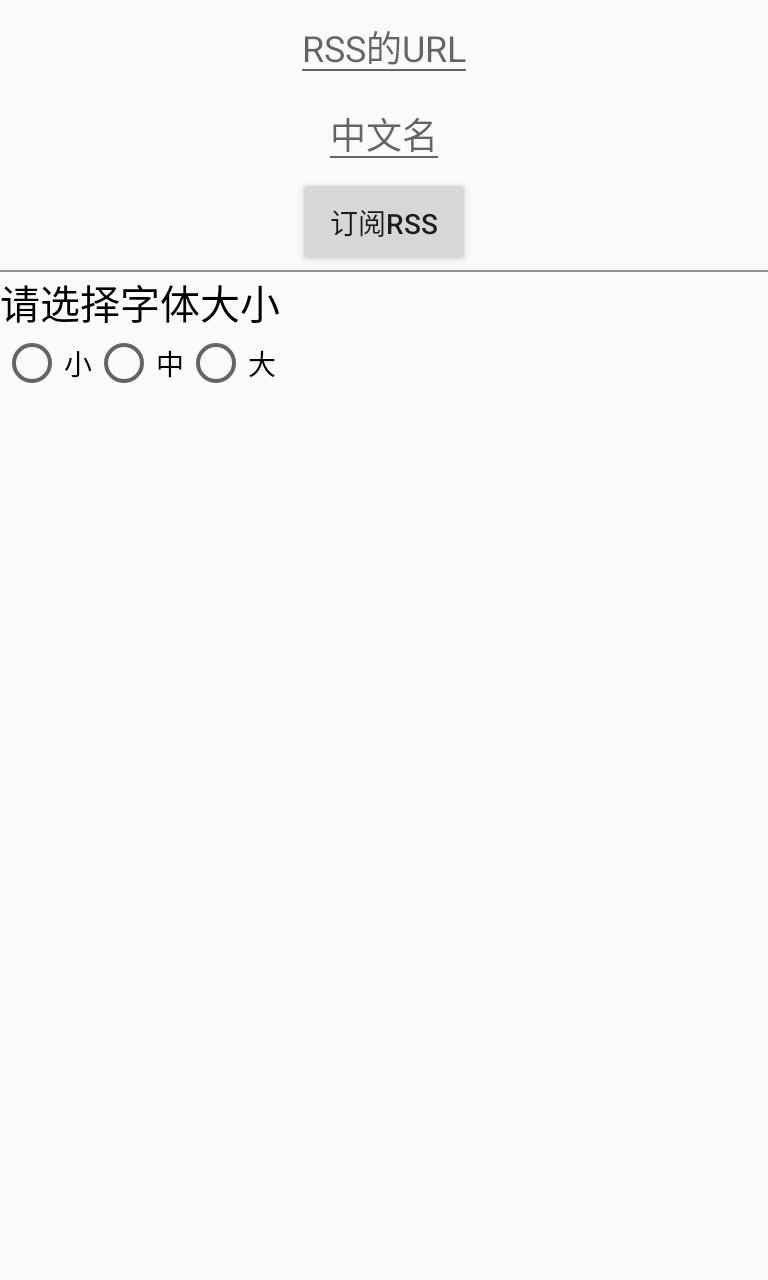
Repository: xdrush/MyRssReader
Layout: MyRssReader/res/layout/description_show.xml
The author's editor kept a copy of each file at every save. The layout is drawn from the files as they stood at one save, then again after the next save.
It is drawn on a 768 x 1280 px phone screen (xhdpi) without system bars, with theme AppTheme; the app's code is not run.

Above is the layout before, as saved 2015-07-29 10:26:02.

After the next save:
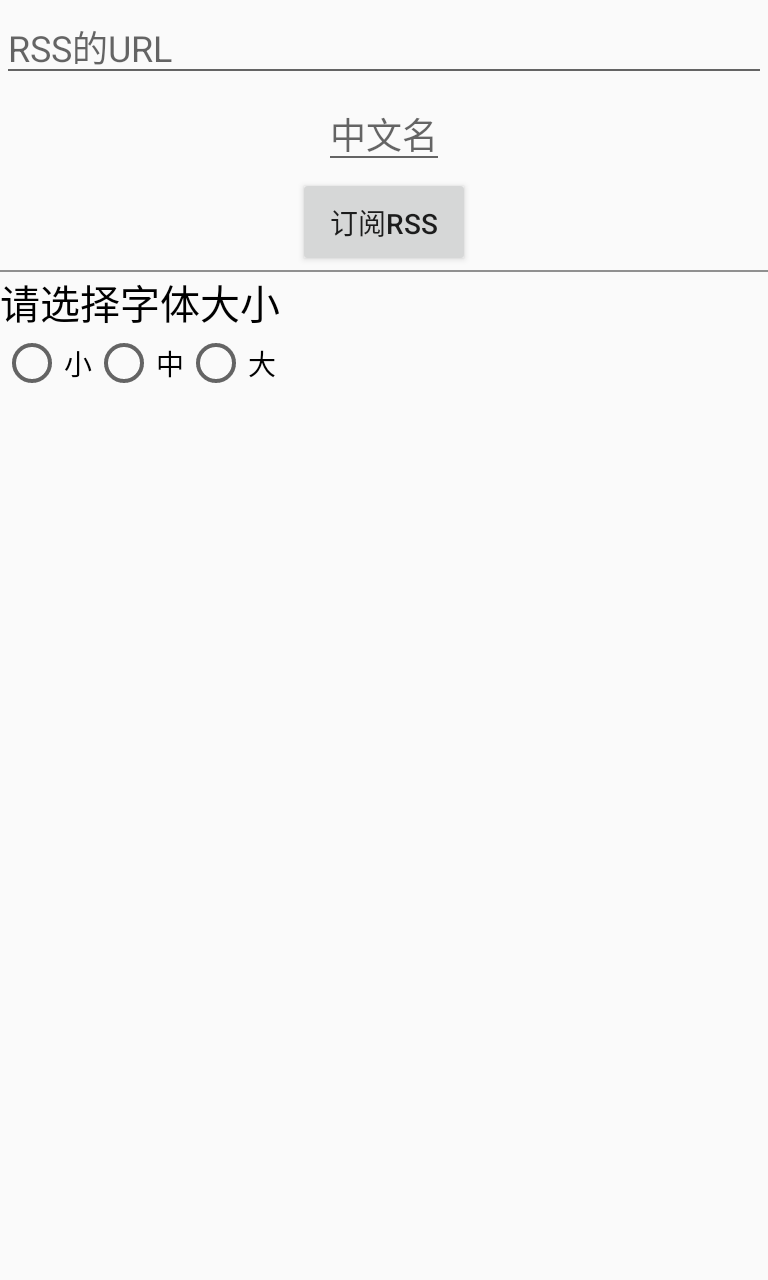
Saved 4 min 38 s later.
--- a/MyRssReader/res/layout/description_show.xml
+++ b/MyRssReader/res/layout/description_show.xml
@@ -12,8 +12,8 @@
 
         <EditText
             android:id="@+id/description_rss"
-            android:layout_height="wrap_content"
-            android:layout_width="wrap_content"
+            android:layout_height="fill_parent"
+            android:layout_width="fill_parent"
             android:hint="RSS的URL"
             />
 
